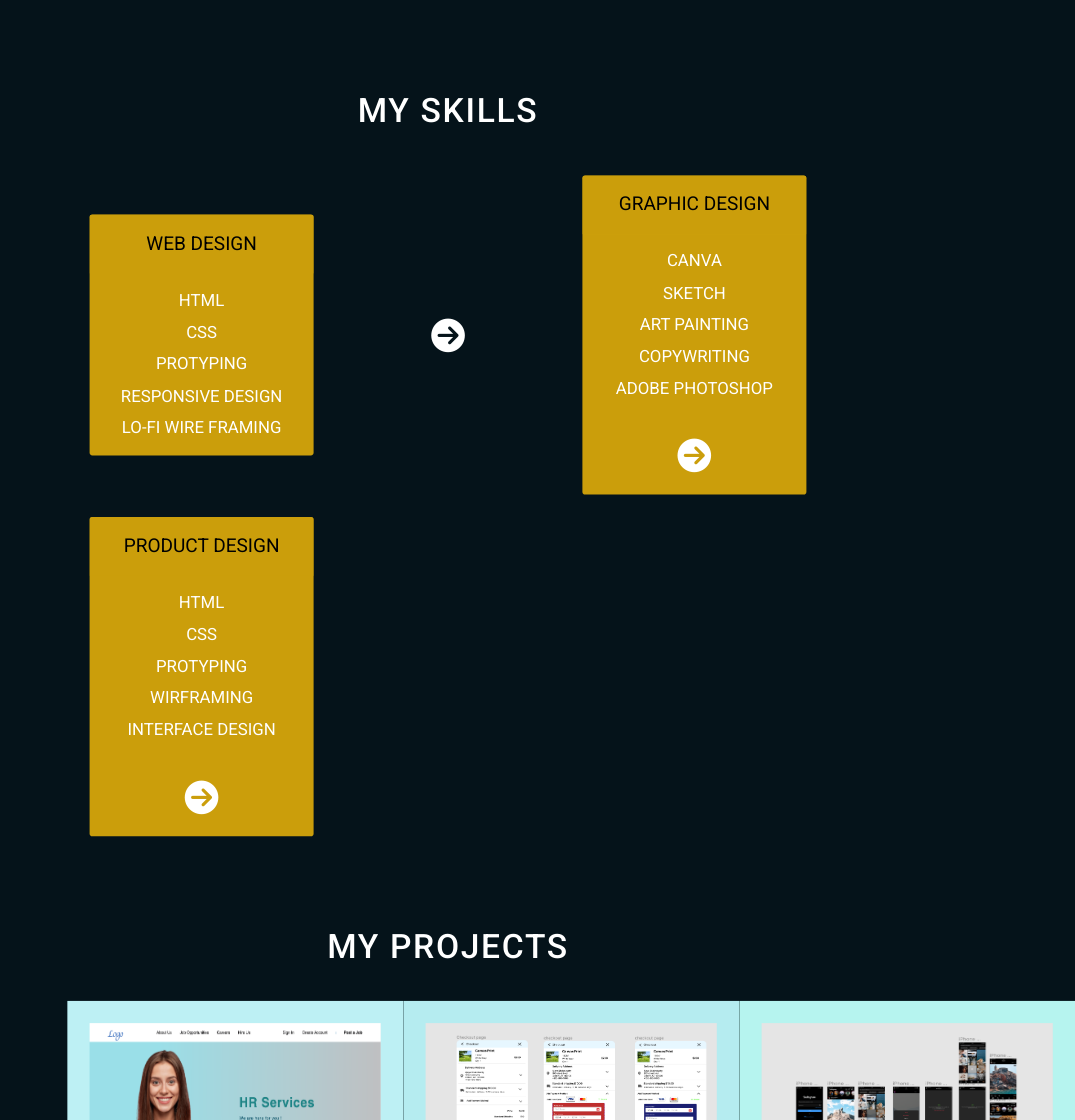
Repository: ajeyamajumder/Ajeya-Web-Portfolio-Design
Page: index.html
The author's editor kept a copy of each file at every save. The page is drawn from the files as they stood at one save, then again after a run of saves.
The browser window is 1280 px wide. The page is 1536 px wide, so the pictures cover 1536 px, including what lies to the right of the window. The pictures show the part of the page from y = 1422 to 3022 px (the page is 4772 px tall before and 4285 px after), at 70% of full size.
Some web fonts or font styles are not loaded; a fallback is used. Some web libraries are served in a nearby version.

Above is the page before, as saved 2023-03-12 20:53:34.

### index.html
<!DOCTYPE html>
<html lang="en">
  <head>
    <meta charset="UTF-8" />
    <meta name="viewport" content="width=device-width, initial-scale=1.0" />
    <link rel="stylesheet" href="/css /normalize.css" />
    <link rel="stylesheet" href="/css /style.css" />
    <link rel="preconnect" href="https://fonts.googleapis.com">
    <link rel="preconnect" href="https://fonts.gstatic.com" crossorigin>
    <link href="https://fonts.googleapis.com/css2?family=Calligraffitti&family=Roboto+Slab:wght@700;800&family=Roboto:ital,wght@0,300;0,400;0,500;0,700;1,500&display=swap" rel="stylesheet">
    <title>Ajeya Chakraborty Portfolio</title>
  </head>
  <body>
      <header>
<nav class = "navbar" >
        <ul class="list nav__list ">
            <li class="nav__item">
                <a href=""target="_blank"> HOME </a></li>
            <li class="nav__item">
                <a  href=""target="_blank">SKILLS</a> </li>

            <li class="nav__item">
                <a href=""target="_blank">PORTFOLIO</a> </li>
            <li class="nav__item ">
                <a  href=""target="_blank">ABOUT</a> </li>
            <li class="nav__item ">
                <a  href=""target="_blank">CONTACT</a> </li>
        </ul>
</nav>
</header>
<section class="block container ">
   <header class ="banner__block-header">
    <h1 class="heading__h1">Hello </h1>
    <p class="heading__para" > I am a WEB DESIGNER </p>

    <div class="banner__header">
    <div class="banner__header-firstname">Ajeya</div>
    <div class="banner__header-lastname">Chakraborty</div>

    </div>
<div class="button">
    <button class="btn btn__resume"> Download My Resume!</button>
</div>

</header>
</section>
<section class="block   ">

    <header class="block__header ">
        <h2>ABOUT ME</h2>
    </header>

    <div class=" container second__block  ">

        <div class="grid  grid--1X2 grid--1x2  ">

   <div><h6 class="about__tag">I'm a Web/Product Designer</h6>   </div>


   <div class="about__section "> Skilled in SEO, SEM, Google Ads, Google Analytics,
    Google Search Console Microsoft Office suite, UI&UX Designing.
     Volunteered in HTML5 & CSS3, VS Code, Github, Fundamentals of Web Development, and Office 365.
     Currently doing a self-taught UI/UX case study to understand how to bring down the gap between
     User Experience designing and Front-end development.


      <div class="follow">
        FOLLOW ME <ul class="list  ">
        <li><a href="https://www.linkedin.com/in/ajeya-chakraborty-2b0a571a6">
        <i class="fa-brands fa-linkedin"></i></a></li>
        <li><a href="https://www.behance.net/ajeyachakrab" target="_blank"
            ><i class="fa-brands fa-behance"></i></a></li>
        <li><a href="https://www.figma.com/@cb2329ae_edd0_4" target="_blank">
            <i class="fa-brands fa-figma"></i></a></li>
        <li><a href="https://github.com/ajeyamajumder" target="_blank">
            <i class="fa-brands fa-github"></i></a></li>
        <li><a href="https://dribbble.com/Ajeya25" target="_blank">
            <i class="fa-brands fa-dribbble"></i></a></li>
        <li><a href="https://www.instagram.com/theajeyachakraborty" target="_blank">
            <i class="fa-brands fa-instagram"></i></a></li>

        </ul>
    </div>

</div>
</div>


</section>


<section class="block ">

<header class="block__header  " >
 <h3>MY SKILLS</h3></header>

 <div class="container third__block   ">

    <div class=" grid grid--1X2 grid--1x3">

     <div class="card  card--primary">
       <header class="card__header">WEB DESIGN</header>

       <div class="card__body">
         <li class="list">HTML</li>
         <li class="list">CSS</li>
         <li class="list">PROTYPING</li>
         <li class="list">RESPONSIVE DESIGN</li>
         <li class="list">LO-FI WIRE FRAMING</li>

       </div>
    </div><div><a href="https://www.canva.com/design/DAFEwa5dews/f
    J1gJidYnW4Lt7wu0VFLMA/view?utm_content=DAFEwa5dews&utm_c
    ampaign=designshare&utm_medium=link2&utm_source=sharebutton"
    target="_blank"><i class="fa-sharp fa-solid  fa-circle-arrow-right"></i></a>
     </div>



     <div class="card card--primary">
       <header class="card__header">GRAPHIC DESIGN</header>
       <div class="card__body">
        <li class="list">CANVA</li>
         <li class="list">SKETCH</li>
         <li class="list">ART PAINTING</li>
         <li class="list">COPYWRITING</li>
         <li class="list">ADOBE PHOTOSHOP</li>

       </div><a href="https://www.canva.com/design/DAFEwa5dews/fJ1gJidYnW4Lt7wu0VFLMA/view?utm_content=DAFEwa5dews&utm_campaign=designshare&utm_medium=link2&utm_source=sharebutton" target="_blank">
        <i class="fa-sharp fa-solid  fa-circle-arrow-right"></i></a>
     </div>


     <div class="card card--primary">
       <header class="card__header">PRODUCT DESIGN</header>
       <div class="card__body">
         <li class="list">HTML</li>
         <li class="list">CSS</li>
          <li class="list">PROTYPING</li>
          <li class="list">WIRFRAMING</li>
          <li class="list">INTERFACE DESIGN</li>
       </div> <a href="https://www.canva.com/design/DAFEwa5dews/fJ1gJidYnW4Lt7wu0VFLMA/view?utm_content=DAFEwa5dews&utm_campaign=designshare&utm_medium=link2&utm_source=sharebutton" target="_blank">
        <i class="fa-sharp fa-solid  fa-circle-arrow-right"></a></i>
     </div>
   </div>
</div>



 </section>

<section class="block container ">
<header class="block__header ">
<h4>MY PROJECTS</h4>
</header>
<div class=" grid media g grid--1X2 grid--1x3">

 <picture><a href="https://github.com/ajeyamajumder/HR-Services.git" target="_blank">
<img class="tab tab1"  src="images/tab1 .webp" alt=" Web Designing">
 </a>WEB DESIGN</picture>

 <picture><a href="https://www.behance.net/gallery/146048941/Credit-Card-Payment-UI-Design" target="_blank">
 <img class="tab tab2" src="/images/credit-card-payment-Interface-design.webp" alt="Credit Card Design">
</a>PAYMENT INTERFACE (CREDIT CARD) DESIGN </picture>

 <picture><a href="https://www.figma.com/community/file/1097797035301136397"target="_blank">
  <img class="tab tab3" src="/images/Interface Design .webp" alt="Instagram Interface Designing" >
</a>INSTAGRAM INTERFACE DESIGN </picture>

<picture><a href="https://www.figma.com/proto/CRwaEYbes7cw2H3hZI6rpB/Instagram?node-id=3-3&starting-point-node-id=3%3A3"target="_blank">
 <img class="tab tab4 insta" src="/images/Instagram-Post-_Community_-2.webp" alt="Prototyping">
</a> PROTOTYPING </picture>
</div>
</section>

<section class="block  ">
    <header class="block__header ">
          <h2>MY RESUME</h2></header>
        <div class=" container fourth__block  ">
            <div class=" grid   grid--1X2 grid--1x4  ">
                <div class="experience  ">
                <p class="job"> WORK EXPERIENCE</p>
                 <p class="designation"> MANAGEMENT TRAINEE</p>
                <p class="company"> French Motors. co.pvt , India</p>
                <p class="date"> 01/2018 -10/ 2018</p>
            </div>

                <div class=" description " >
                    <p class="job-description">
                        My role included:
                    <ul class="descp">
                        <li> Conducted PowerPoint Presentation.</li>
                        <li> Built a Customer Support System both digital and manual, to keep the process up-to-date. </li>
                        <li> Analyzed  Data and documented the sales reports.  </li>
                        <li> Monitored customer supports feedbacks and resolved complains.</li>

                    </ul>

                       </p>
                    </div>



                 <div class="experience ">
                 <p class="job">VOLUNTEER</p>
                 <p class="designation">CREATIVE DESIGNER</p>
                 <p class="company"> Cyber Security NonProfit
                    Organization, USA</p>
                 <p class="date"> Present</p>
                </div>
                 <div class=" description " >
                    <p class="job-description"> Currently Volunteering as a Creative Designer at the organization.
                        My role includes Newsletter Design.</p>
           </div>
           <div class="experience ">
            <p class="job">VOLUNTEER</p>
            <p class="designation">BOOK DESIGNER</p>
            <p class="company"> Creative Writing Modern Age,India
              </p>
            <p class="date"> Present</p>
           </div>
            <div class=" description " >
               <p class="job-description"> Currently Volunteering as a Book Designer at the organization.
                   <br>
                   My  role included:
                  <ul class="descp" >
                      <li>Book Cover Design</li>
                      <li>Book Interior Design</li>
                      <li>Copywriting</li>
                  </ul> </p>
               </div>
        </div>
    </div>

        </div>

</section>
 <!-- <section class="block container ">
<header class="block__header">
            <h2>TESTIMONIALS</h2></header>
            <div class="container testimonial">
                <div class="card  card--primary">
                    <header class="card__header"></header>
            </div>

</section>-->


<footer class="block  footer ">
        <header class="block__header footer__banner">
            <div><h6 class="footer__heading">Contact Me on !</h6>

        <a class="email__address" href="ajeyachakraborty2@gmail.com"> ajeyachakraborty2@gmail.com </a> </div>
    </header>

    <div class="container   footer__section">
   <!-- <div class="footer__pages ">
        <ul class="list ">
        <li a href="">Home</a></li>
        <li a href="">About Me</a></li>
        <li a href="">Skills</a></li>
        <li a href="">My Resume</a></li>
        <li a href=""></a></li>
        <li a href=""></a></li>
    </ul>
</div>-->
        <div class="social-links">
            <ul class="list">
        <li><a href="https://www.linkedin.com/in/ajeya-chakraborty-2b0a571a6">
        <i class="fa-brands fa-linkedin"></i></a></li>
        <li><a href="https://www.behance.net/ajeyachakrab" target="_blank"><i class="fa-brands fa-behance"></i></a></li>
        <li><a href="https://www.figma.com/@cb2329ae_edd0_4" target="_blank"><i class="fa-brands fa-figma"></i></a></li>
        <li><a href="https://github.com/ajeyamajumder" target="_blank"><i class="fa-brands fa-github"></i></a></li>
        <li><a href="https://dribbble.com/Ajeya25" target="_blank"><i class="fa-brands fa-dribbble"></i></a></li>
        <li><a href="https://www.instagram.com/theajeyachakraborty" target="_blank"><i class="fa-brands fa-instagram"></i></a></li>
        <li><a href="#"><i class="fa-solid fa-arrow-up" target="_blank"></i></a>
        </ul>
     </div>
    </div>
</footer>

    </body>
  <script src="https://kit.fontawesome.com/79edb19b42.js" crossorigin="anonymous"></script>
</html>

Loaded but not shown: css /normalize.css (library); css /style.css (876 lines, source omitted)

After the next 2 saves:
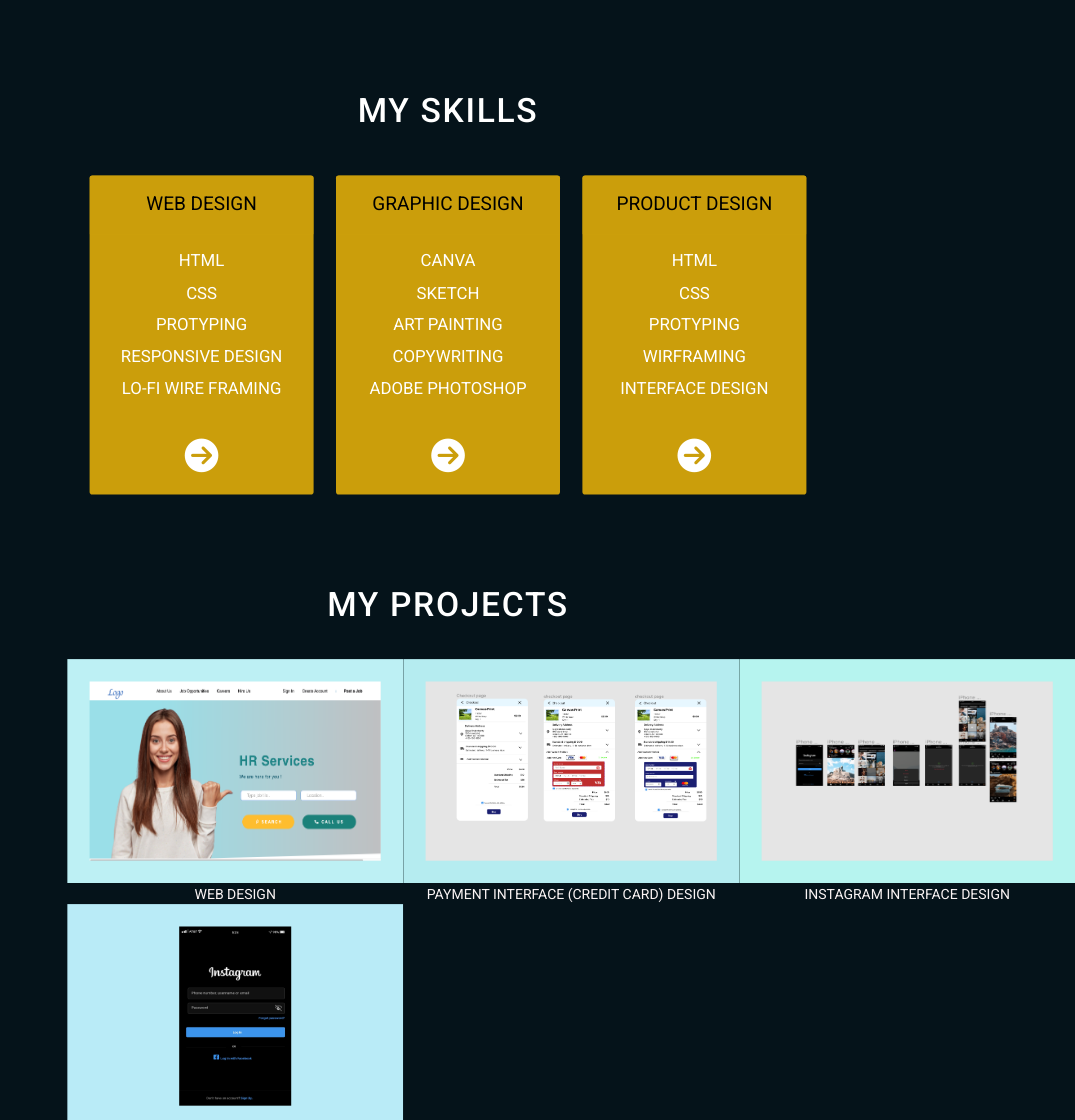
The 2 saves are shown as one change because they came seconds apart.
The last was saved 21 s later.
--- a/index.html
+++ b/index.html
@@ -109,12 +109,12 @@
          <li class="list">LO-FI WIRE FRAMING</li>
 
        </div>
-    </div><div><a href="https://www.canva.com/design/DAFEwa5dews/f
+    <div><a href="https://www.canva.com/design/DAFEwa5dews/f
     J1gJidYnW4Lt7wu0VFLMA/view?utm_content=DAFEwa5dews&utm_c
     ampaign=designshare&utm_medium=link2&utm_source=sharebutton"
     target="_blank"><i class="fa-sharp fa-solid  fa-circle-arrow-right"></i></a>
      </div>
-
+    </div>
 
 
      <div class="card card--primary">
